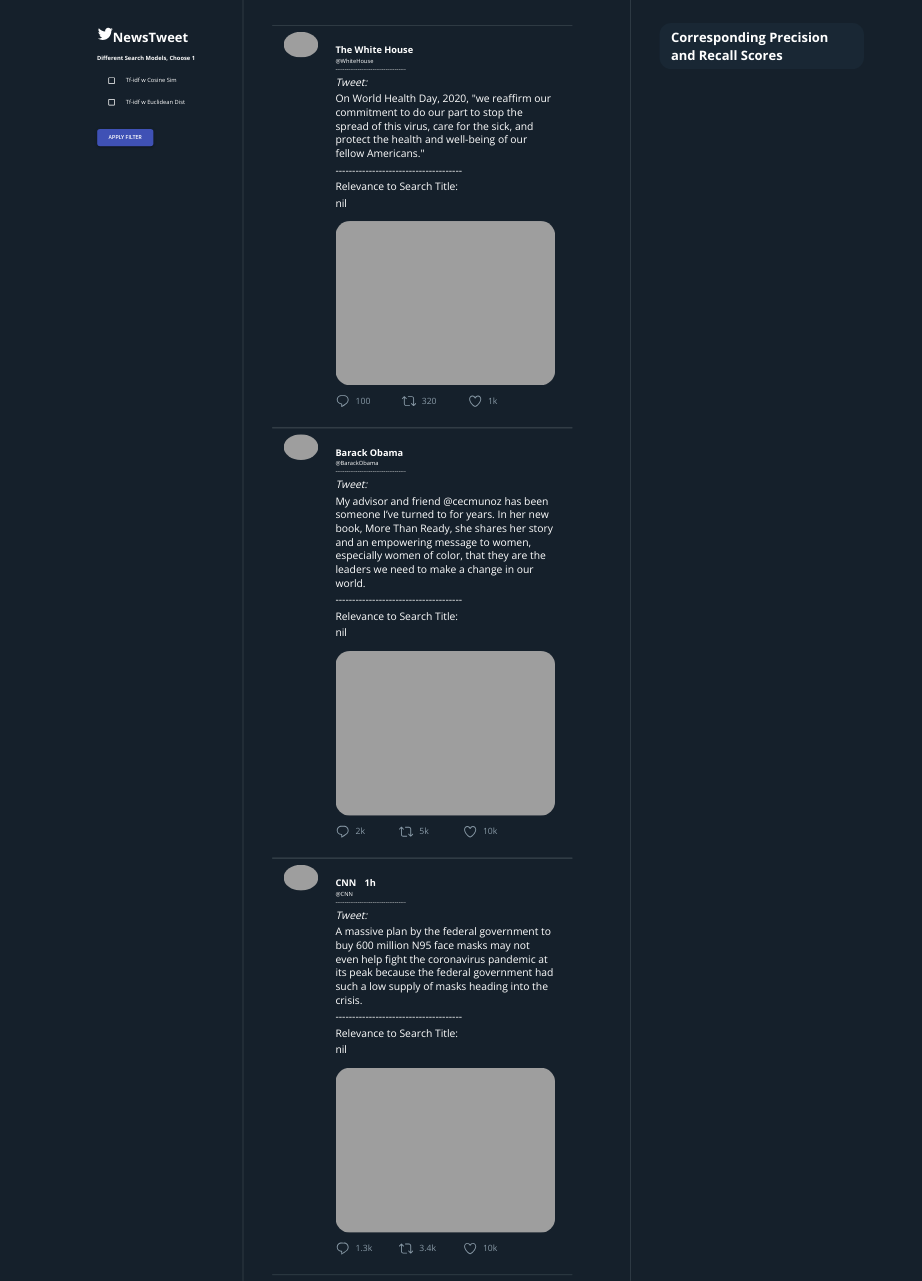
Repository: Dustyik/TwitterAIproj
Page: / (app in FrontEnd/)
These files come from the project's save history. The page is drawn as it stood at one moment and after the next save; the edit follows.
The browser window is 1280 px wide. The pictures show the whole page, at 72% of full size.
Pictures or frames that could not be fetched are drawn as grey boxes. The page's requests for data from a server got no answer. The project was rebuilt for these pictures with package versions that can differ from the ones it lists, and the page was loaded fresh each time. No one was signed in, and anything a server would have sent is missing. Also part of the build but not shown: FrontEnd/src/components/trending/Trend.js, FrontEnd/src/components/trending/TrendsList.js, FrontEnd/src/components/trending/FollowSuggestionCard.js, FrontEnd/src/styles/FollowList.css, FrontEnd/src/components/trending/FollowSuggestionsList.js, FrontEnd/src/components/StatusCard.js, FrontEnd/src/pages/Status.js, FrontEnd/src/components/profile/ProfileHead.js and 3 more.

Above is the page before, as saved 2021-08-02 23:58:35.

After the next save:
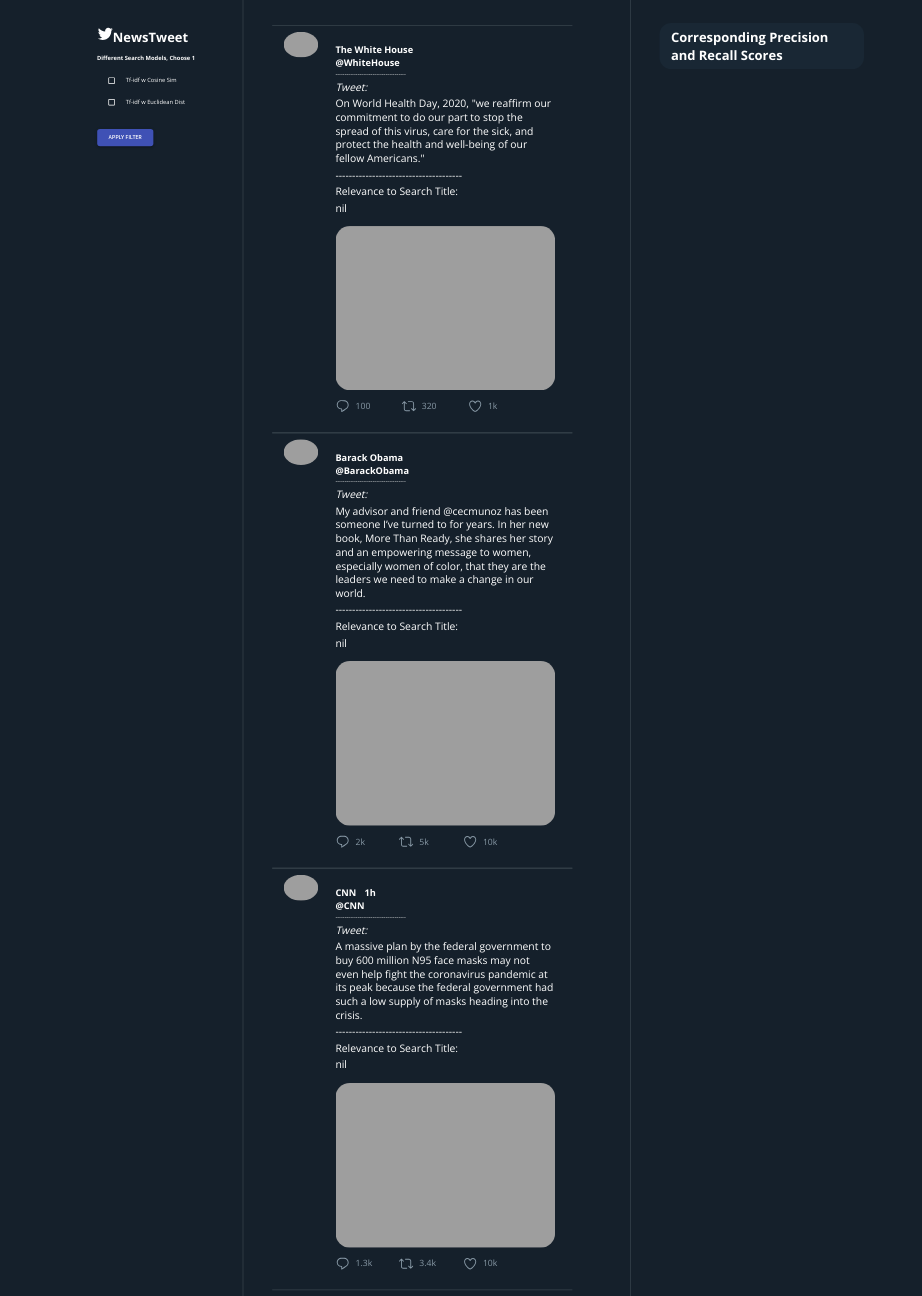
Saved 10 s later.
--- a/FrontEnd/src/styles/TweetCard.css
+++ b/FrontEnd/src/styles/TweetCard.css
@@ -24,10 +24,9 @@
     text-decoration: underline;
 }
 
-.tweet-card .tweet-card-head .tweet-card-handle,
+.tweet-card .tweet-card-handle,
 .tweet-card-time {
     font-size    : 1.6rem;
-    font-weight  : 300;
     padding-right: 1rem;
     font-weight: bold;
 }
